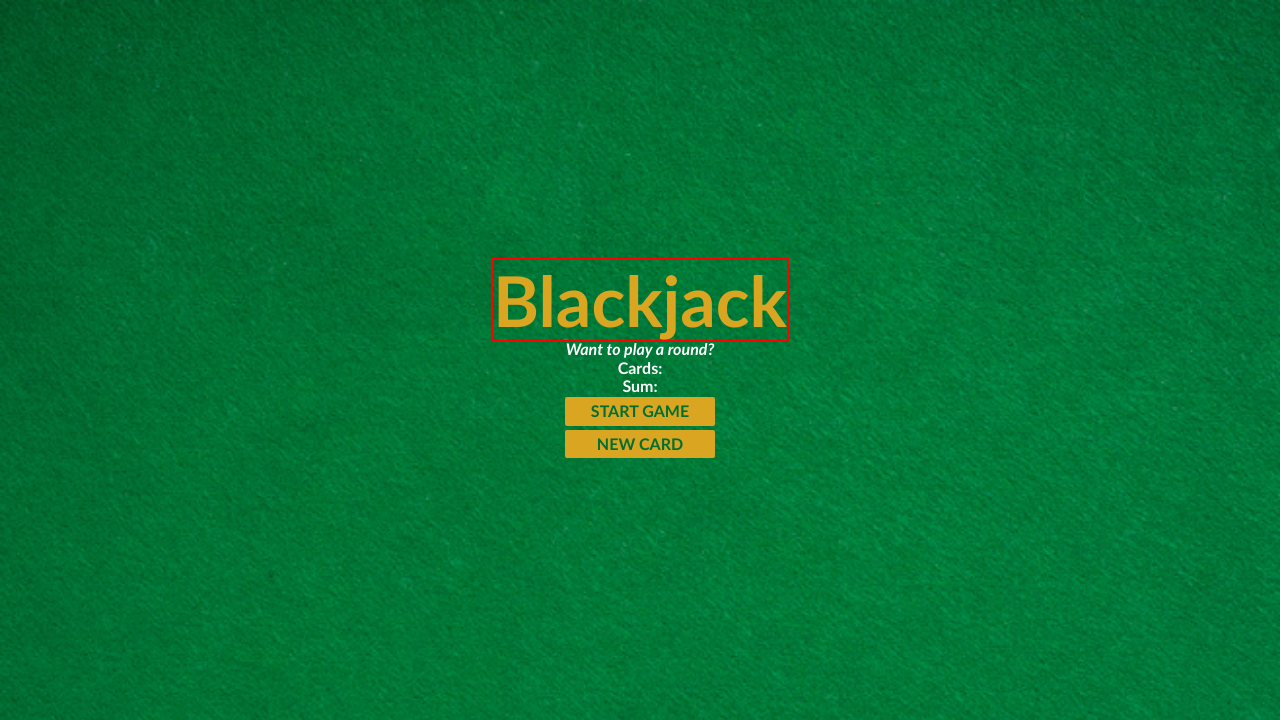
Repository: raghhavv03/javascript-practice
Page: task-5/index.html
These files come from the project's save history. The page is drawn as it stood at one moment and after the next save; the edit follows.
The browser window is 1280 px wide. The pictures show the whole page.

Above is the page before, as saved 2026-02-09 20:48:39.

### task-5/index.html
<!DOCTYPE html>
<html>
    <head>
        <link rel="stylesheet" href="https://cdnjs.cloudflare.com/ajax/libs/normalize/8.0.1/normalize.css">
        <link rel="stylesheet" href="./style.css">
        <script src="./index.js" defer></script>
        <title>Task 5</title>
    </head>
    <body>
        <p id="heading">Blackjack</p>

        <p id="message-el">Want to play a round?</p>
        <p id="cards-el">Cards:</p>
        <p id="sum-el">Sum:</p>

        <button onclick="startGame()">START GAME</button>
        <button onclick="newCard()">NEW CARD</button>

        <p id="player-el"></p>
    </body>
</html>

### task-5/style.css
* {
    margin: 0;
    padding: 0;
    box-sizing: border-box;
}

body {
    font-family: 'Trebuchet MS', 'Lucida Sans Unicode', 'Lucida Grande', Arial, sans-serif;
    background-image: url("images/table.png");
    background-size: cover;
    font-weight: bold;
    color: white;
    display: flex;
    flex-direction: column;
    justify-content: center;
    align-items: center;
    height: 100vh;
}

#heading {
    outline: 2px solid red;
    font-size: 70px;
    color: goldenrod;
}

#message-el {
    font-style: italic;
}

button {
    color: #016f32;
    width: 150px;
    background: goldenrod;
    padding-top: 5px;
    padding-bottom: 5px;
    font-weight: bold;
    border: none;
    border-radius: 2px;
    margin-bottom: 2px;
    margin-top: 2px;
}

### task-5/index.js
const cards = [
  { img: "./images/card-a.png", value: 11 },
  { img: "./images/card-2.png", value: 2 },
  { img: "./images/card-3.png", value: 3 },
  { img: "./images/card-4.png", value: 4 },
  { img: "./images/card-5.png", value: 5 },
  { img: "./images/card-6.png", value: 6 },
  { img: "./images/card-7.png", value: 7 },
  { img: "./images/card-8.png", value: 8 },
  { img: "./images/card-9.png", value: 9 },
  { img: "./images/card-10.png", value: 10 },
  { img: "./images/card-j.png", value: 10 },
  { img: "./images/card-q.png", value: 10 },
  { img: "./images/card-k.png", value: 10 }
]

After the next save:
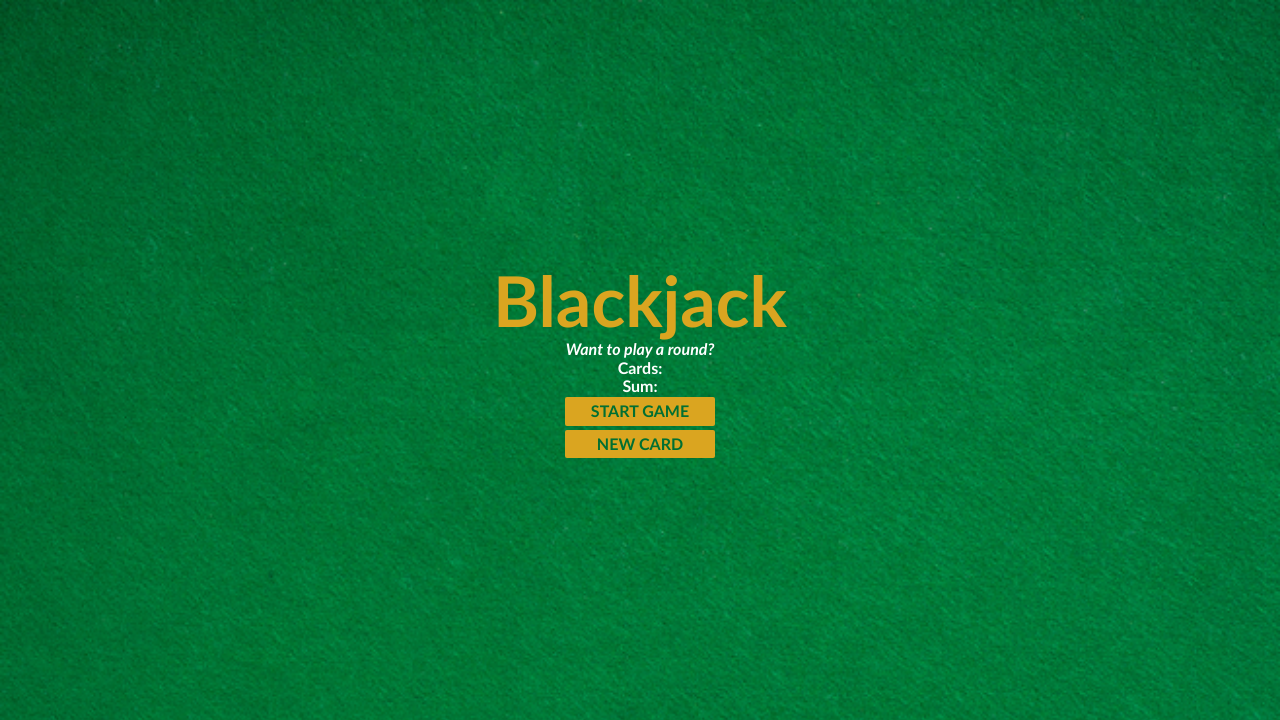
Saved 5 s later.
--- a/task-5/style.css
+++ b/task-5/style.css
@@ -18,7 +18,6 @@ body {
 }
 
 #heading {
-    outline: 2px solid red;
     font-size: 70px;
     color: goldenrod;
 }
